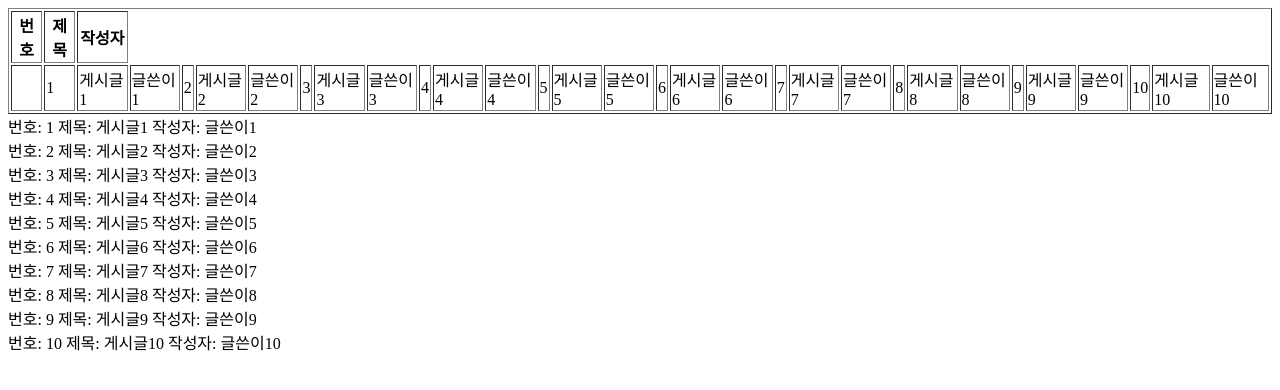
Repository: Luho0113/SpringBootStudy
Page: http://localhost/web/list.jsp
These files come from the project's save history. The page is drawn as it stood at one moment and after the next save; the edit follows.
The browser window is 1280 px wide. The pictures show the whole page.
The page is served by Tomcat 9.

Above is the page before, as saved 2023-05-03 03:15:38.

After the next save:
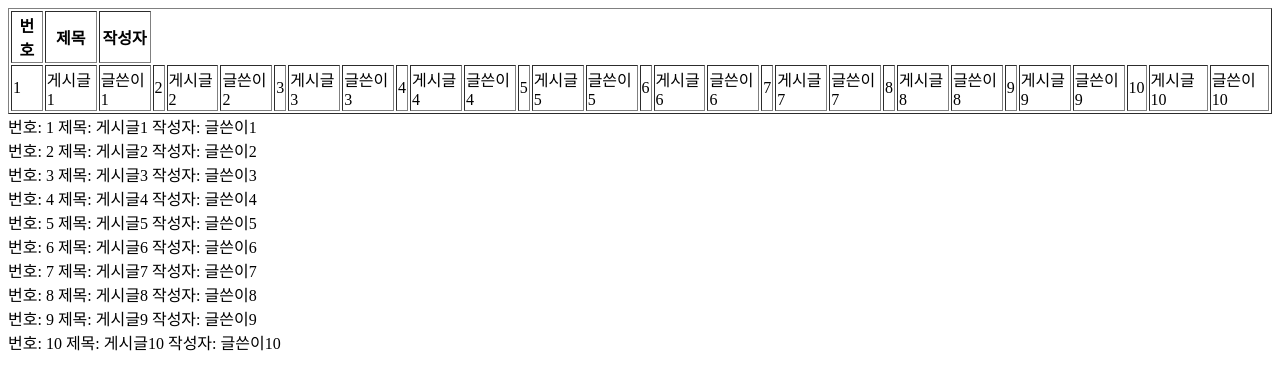
Saved 28 s later.
--- a/web/src/main/webapp/list.jsp
+++ b/web/src/main/webapp/list.jsp
@@ -32,9 +32,9 @@ for(int i=1;i<=10;i++){
 	<th>작성자</th>
 </tr>
 <tr>
-	<td>
-		<% for(Map<String, String> map : list){
+<% for(Map<String, String> map : list){
 		%>
+
 		<td>
 			<% out.println(map.get("bi_num")); %>
 		</td>
@@ -44,9 +44,9 @@ for(int i=1;i<=10;i++){
 		<td>
 			<% out.println(map.get("bi_writer")); %>
 		</td>
-		<%}
+
+	<%}
 		%>
-	</td>
 </tr>
 </table>
 <%
